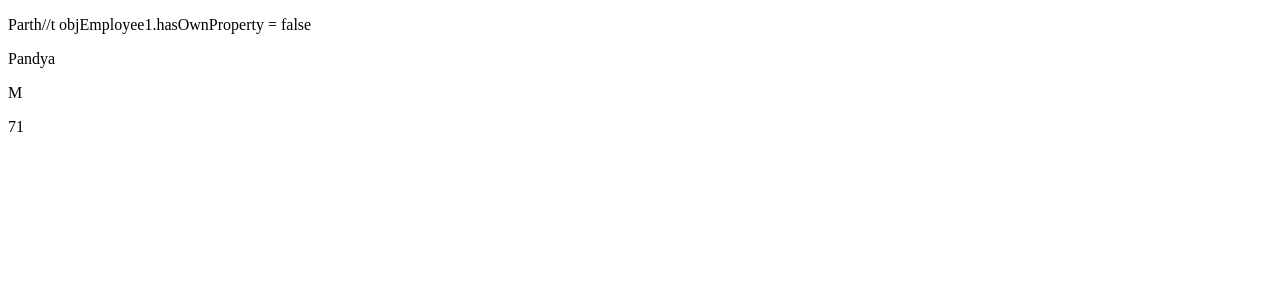
Repository: parthp17/273-Homework1
Page: Homework1/workspace/homework1/WebContent/Inheritance.html
An editor plug-in stored every save of this project. The page is shown before and after the next save, followed by the edit.
The browser window is 1280 px wide. The pictures show the whole page.

Above is the page before, as saved 2016-09-07 18:38:57.

### Homework1/workspace/homework1/WebContent/Inheritance.html
<!DOCTYPE html>
<html>
<head>
<meta charset="ISO-8859-1">
<title>Inheritance</title>
</head>
<script type="text/javascript">
function Person(fname, lname, gender)
{
	this.fname = fname;
	this.lname = lname;
	this.gender = gender;
}

function Employee(empid)
{
	this.empid = empid;
}


function initialize()
{

Employee.prototype = new Person("Parth", "Pandya", "M");
var objEmployee1 = new Employee(71);
document.getElementById("fname").innerHTML = objEmployee1.fname + "//t objEmployee1.hasOwnProperty = "+ objEmployee1.hasOwnProperty("fname");
document.getElementById("lname").innerHTML = objEmployee1.lname ;
document.getElementById("gender").innerHTML = objEmployee1.gender;
document.getElementById("id").innerHTML = objEmployee1.empid;
}

</script>
<body onLoad = "initialize()">
<p id = "fname"></p>
<p id = "lname"></p>
<p id = "gender"></p>
<p id = "id"></p>

</body>
</html>

After the next save:
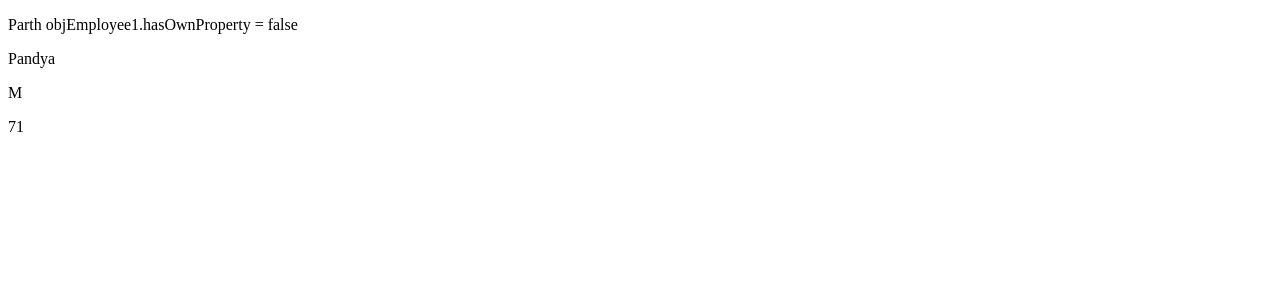
Saved 10 s later.
--- a/Homework1/workspace/homework1/WebContent/Inheritance.html
+++ b/Homework1/workspace/homework1/WebContent/Inheritance.html
@@ -23,7 +23,7 @@ function initialize()
 
 Employee.prototype = new Person("Parth", "Pandya", "M");
 var objEmployee1 = new Employee(71);
-document.getElementById("fname").innerHTML = objEmployee1.fname + "//t objEmployee1.hasOwnProperty = "+ objEmployee1.hasOwnProperty("fname");
+document.getElementById("fname").innerHTML = objEmployee1.fname + "		 objEmployee1.hasOwnProperty = "+ objEmployee1.hasOwnProperty("fname");
 document.getElementById("lname").innerHTML = objEmployee1.lname ;
 document.getElementById("gender").innerHTML = objEmployee1.gender;
 document.getElementById("id").innerHTML = objEmployee1.empid;
